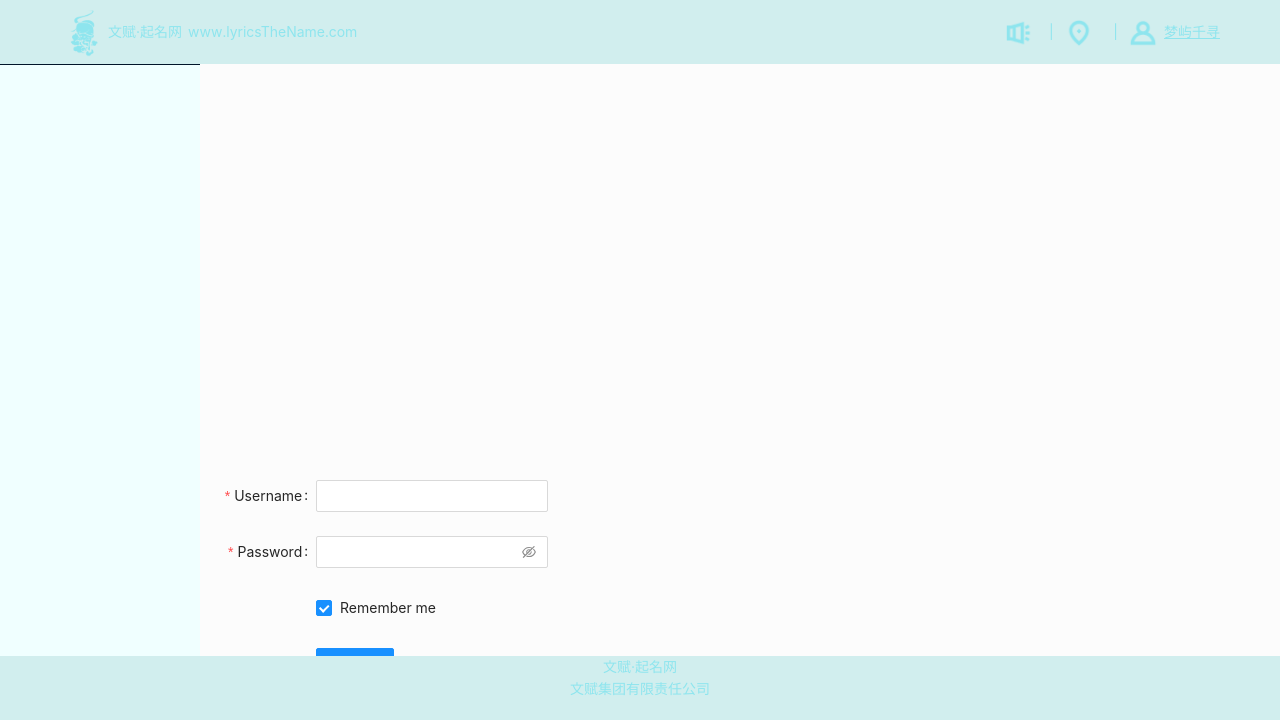
Repository: fangxueliang/react-redux-
Page: /profile
These files come from the project's save history. The page is drawn as it stood at one moment and after a run of saves; the edit follows.
The browser window is 1280 px wide. The pictures show the whole page.
The project was rebuilt for these pictures with package versions that can differ from the ones it lists, and the page was loaded fresh each time. Also part of the build but not shown: src/Component/HomeComponent/homeComponent.js.

Above is the page before, as saved 2020-12-31 16:55:08.

### public/index.html
<!DOCTYPE html>
<html lang="en">
  <head>
    <meta charset="utf-8" />
    <meta name="theme-color" content="#000000" />
    <meta name="description" content="Web site created using create-react-app" />
    <title>React App</title>
  </head>
  <body>
    <div id="root"></div>
  </body>
</html>

### src/index.js

//主入口
import React from 'react';//引入react
import ReactDOM from 'react-dom';
import Main from './Pages';//引入Main文件
import { Provider } from "react-redux";
import { store } from './Store'

import 'antd/dist/antd.css'//antd样式
import './Common/CSS/layout.css'//布局样式
import './Common/CSS/common.css'//引入公共样式

ReactDOM.render(
  <Provider className="main" store={store}>
    <Main />
  </Provider>,
  document.getElementById('root')
);

### src/Pages/index.js
import react from 'react';
import { Layout } from 'antd'
import MenuSider from "./Menu/menu";
import { HeaderCommon } from "./Header/header";
import { FooterCommon } from "./Footer/footer";
import { componentRouter } from "../Router/common/router";
import {
    BrowserRouter as Router,
} from 'react-router-dom'

const { Sider } = Layout
class Main extends react.Component {
    constructor(props) {
        super(props);
        this.state = {}
        console.log(this.props, '66666')
    }
    render() {
        return (
            <div className="Home_layout">
                {/* 头部header */}
                <div className="Home_header">
                    <HeaderCommon />
                </div>
                <div className="Home_main">
                    {/* 左侧导航Sider */}
                    <div className="Home_sider">
                        <Sider>
                            {/* 因为菜单标签使用了Link标签，所以得用Router包裹 */}
                            <Router>
                                {/* 菜单标签 */}
                                <MenuSider />
                            </Router>
                        </Sider>
                    </div>
                    {/* 主要内容Content */}
                    <div className="Home_content">
                        {componentRouter}
                    </div>
                </div>

                {/* 底部footer */}
                <div className="Home_footer">
                    <FooterCommon />
                </div>
            </div>);
    }
}

export default Main;
// export const Main = () => {
//     return (
//         <div className="Home_layout">
//             {/* 头部header */}
//             <div className="Home_header">
//                 <HeaderCommon />
//             </div>
//             <div className="Home_main">
//                 {/* 左侧导航Sider */}
//                 <div className="Home_sider">
//                     <Sider>
//                         {/* 因为菜单标签使用了Link标签，所以得用Router包裹 */}
//                         <Router>
//                             {/* 菜单标签 */}
//                             <MenuSider />
//                         </Router>
//                     </Sider>
//                 </div>
//                 {/* 主要内容Content */}
//                 <div className="Home_content">
//                     {componentRouter}
//                 </div>
//             </div>
//             {/* 底部footer */}
//             <div className="Home_footer">
//                 <FooterCommon />
//             </div>
//         </div>
//     );
// }

### src/Store/index.js
import { createStore } from "redux";//引入redux
import reducer from "./reducer/index"

export const store = createStore(reducer, window.__REDUX_DEVTOOLS_EXTENSION__ && window.__REDUX_DEVTOOLS_EXTENSION__())//创建一个store
//  window.__REDUX_DEVTOOLS_EXTENSION__ && window.__REDUX_DEVTOOLS_EXTENSION__() 配置调试

### src/Common/CSS/layout.css
/* 布局样式  */
.Home_layout {
    min-height: 100%;
}

.Home_layout .Home_header {
    height: 64px;
    line-height: 64px;
    padding: 0 60px;
    background: #D1EEEE;
}

.Home_layout .Home_footer {
    position: fixed;
    bottom: 0;
    height: 64px;
    width: 100%;
    padding: 0 60px;
    background: #D1EEEE;
}

.Home_layout .Home_sider {
    display: inline-block;
    height: 84vh;
    background: #F0FFFF;
}

.Home_layout .ant-layout-sider .ant-menu {
    background: #F0FFFF;
}

.Home_layout .Home_main {
    height: 84vh;
}

.Home_layout .Home_content {
    display: inline-block;
}

### src/Common/CSS/common.css
/* 公共样式 */
body {
    width: 100%;
    height: 100%;
    background: #FCFCFC;
    margin: 0;
}

.main {
    font-size: 16px;
}

### src/Pages/Menu/menu.js
// 左侧菜单
import React from 'react';
import MenuComponent from "../../Component/MenuComponent/menuComponent";


function MenuSider() {
    return (<MenuComponent />);
}

export default MenuSider;

### src/Pages/Header/header.js
// 头部
import React from 'react';
import logo from "../../Asset/img/logo.png";
import myImg from "../../Asset/img/我的.png";
import remindImg from "../../Asset/img/提醒.png";
import positioningImg from "../../Asset/img/定位.png";
import './header.css'

export const HeaderCommon = () => {
    return (
        <div className="header">
            <div className="header_item">
                <img src={logo} className="logo" alt="蓝龙" />
                <span className="logo_title">文赋·起名网</span>
                <a className="logo_URL" href="/">www.lyricsTheName.com</a>
            </div>
            <div className="header_item"></div>
            <div className="header_item header_item_right">
                <span>
                    <img src={remindImg} alt="我的" />
                </span>
                <span className="header_separated">|</span>
                <span>
                    <img src={positioningImg} alt="我的" />
                </span>
                <span className="header_separated"> |</span>
                <span>
                    <img src={myImg} alt="我的" />
                    <span className="header_myName">梦屿千寻</span>
                </span>
            </div>
        </div>
    )
}

### src/Pages/Footer/footer.js
// 头部
import React from 'react';
import './footer.css'

export const FooterCommon = () => {
    return (
        <div className="footerCommon">
            <p>文赋·起名网</p>
            <p>文赋集团有限责任公司</p>
        </div>
    )
}

### src/Router/common/router.js
import React from "react";
import {
    BrowserRouter as Router,
    Route,
    Redirect,
    Switch,
} from 'react-router-dom'
import HomeComponent from "../../Component/HomeComponent/homeComponent";
import ProfileComponent from "../../Component/ProfileComponent/profileComponent";


const Auth = () => {
    return <Redirect exact from="/" to="/home" />
}
export const componentRouter = (
    <Router>
        {/* Switch 严格匹配路由 */}
        <Switch>
            {/* home页面 */}
            <Route path="/home" component={HomeComponent} />
            {/* 个人简介 */}
            <Route path="/profile" component={ProfileComponent} />
            <Auth />
        </Switch>
    </Router>
)

### src/Store/reducer/index.js
import { combineReducers } from "redux"
import menu from './menu'

export default combineReducers({
    menu
})

### src/Component/MenuComponent/menuComponent.js
//menu
import { Component } from "react";
import { Menu } from 'antd';
import { Link } from 'react-router-dom'
import React, { useState } from 'react';
import Storeaction from "../../Store/storeaction";

class MenuComponent extends Component {
    constructor(props) {
        super(props);
        this.state = {
            selectKey: [],
            dataList: this.props.menu.data.list
        }
    }
    handleMenuClick = (e) => {
        this.setState({
            selectKey: e.keyPath
        })
        let action = {
            type: 'MENUKEY',
            data: e.keyPath
        }
        this.props.setMenuKey(action)
        console.log(this.props);
    }
    componentDidMount() {
        console.log(this.props);
    }
    render() {
        return (
            <Menu
                mode="inline"
                style={{ height: '100%', borderRight: 0 }}
                onClick={this.handleMenuClick}
                selectedKeys={this.state.selectKey}
            >
                {/* {
                    dataList.map(item => (
                        <Menu.Item key={item.key}>
                            <Link to={item.to}>{item.value}</Link>
                        </Menu.Item>))
                } */}
            </Menu>);
    }
}

export default Storeaction(MenuComponent);

### src/Pages/Header/header.css
.header {
    display: flex;
    width: 100%;
    height: 100%;
    justify-content: space-between;
}

.header .header_item {
    display: inline-block;
}

.header .header_item .logo {
    width: 48px;
    height: 48px;
}

.header .header_item_right {
    color: #8ee5ee
}

.header .header_item_right img {
    width: 30px;
    height: 30px;
    margin-right: 6px;
}

.header .header_item_right .header_separated {
    margin: 0 10px
}

.header .logo_title {
    color: #8ee5ee
}

.header .logo_URL {
    margin-left: 6px;
    color: #8ee5ee;
    font-size: 14px;
}

.header .header_myName {
    font-size: 14px;
    text-decoration: underline;
}

### src/Pages/Footer/footer.css
.footerCommon {
    text-align: center;
}

.footerCommon p {
    color: #8ee5ee;
    margin: 0;
}

### src/Component/ProfileComponent/profileComponent.js
//Profile 个人简介
import { Component } from "react";
import { Form, Input, Button, Checkbox } from 'antd';

class ProfileComponent extends Component {
    constructor(props) {
        super(props);
        this.state = {}
    }
    onFinish = values => {
        console.log('Success:', values);
    };

    onFinishFailed = errorInfo => {
        console.log('Failed:', errorInfo);
    };
    render() {
        const layout = {
            labelCol: { span: 8 },
            wrapperCol: { span: 16 },
        };
        const tailLayout = {
            wrapperCol: { offset: 8, span: 16 },
        };

        return (
            <Form
                {...layout}
                name="basic"
                initialValues={{ remember: true }}
                onFinish={this.onFinish}
                onFinishFailed={this.onFinishFailed}
            >
                <Form.Item
                    label="Username"
                    name="username"
                    rules={[{ required: true, message: 'Please input your username!' }]}
                >
                    <Input />
                </Form.Item>

                <Form.Item
                    label="Password"
                    name="password"
                    rules={[{ required: true, message: 'Please input your password!' }]}
                >
                    <Input.Password />
                </Form.Item>

                <Form.Item {...tailLayout} name="remember" valuePropName="checked">
                    <Checkbox>Remember me</Checkbox>
                </Form.Item>

                <Form.Item {...tailLayout}>
                    <Button type="primary" htmlType="submit">
                        Submit
                    </Button>
                </Form.Item>
            </Form>
        );
    }
}

export default ProfileComponent;

### src/Store/reducer/menu.js
import { MENU, MENUKEY } from '../action_type'

const menuDataList = {
    type: 'MENU',
    data: {
        description: '菜单栏',
        list: [{ value: '首页', key: '1', to: '/home' },
        { value: '个人简介', key: '2', to: '/profile' },
        { value: '个人搜索', key: '3', to: '/search' },
        { value: '起名大全', key: '4', to: '/all' },
        { value: '数据统计', key: '5', to: '/statistical' }]
    }
}
export default (state = menuDataList, action) => {
    switch (action.type) {
        case MENU:
            return state
        case MENUKEY:
            let newState
            newState = JSON.parse(JSON.stringify(action))
            return newState
        default:
            return state
    }

}

### src/Store/storeaction.js
import { connect } from "react-redux";

const mapStateToProps = (state, ownProps) => { return { ...state } }
const mapDispatchToProps = (dispatch) => {
    return {
        setMenuDataList: data => {
            dispatch(data)
        },
        setMenuKey: data => {
            dispatch(data)
        }
    }
}
const Storeaction = connect(mapStateToProps, mapDispatchToProps)
export default Storeaction

### src/Store/action_type.js
export const MENU = 'MENU'//左侧菜单
export const MENUKEY = 'MENUKEY'//左侧菜单

After the next 2 saves:
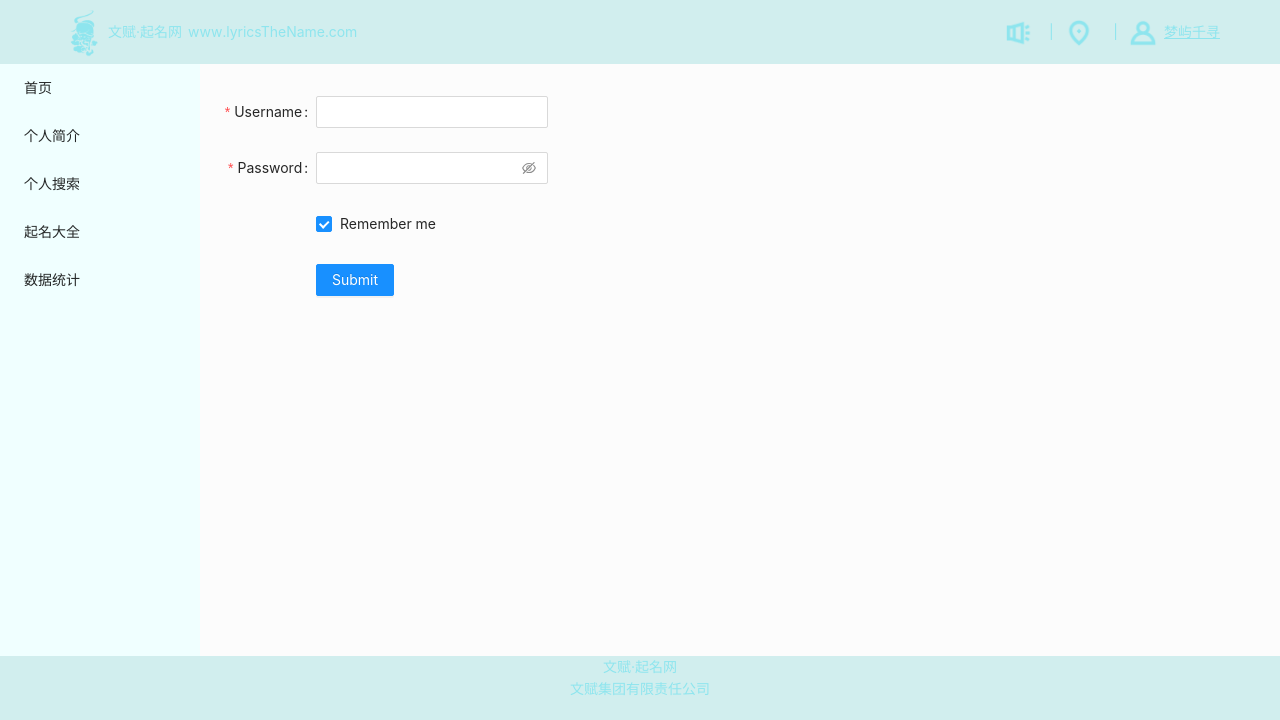
The 2 saves are shown as one change because 1 did not build or start.
The last was saved 35 s later.
--- a/src/Component/MenuComponent/menuComponent.js
+++ b/src/Component/MenuComponent/menuComponent.js
@@ -28,19 +28,20 @@ class MenuComponent extends Component {
         console.log(this.props);
     }
     render() {
+        let { selectKey, dataList } = this.state
         return (
             <Menu
                 mode="inline"
                 style={{ height: '100%', borderRight: 0 }}
                 onClick={this.handleMenuClick}
-                selectedKeys={this.state.selectKey}
+                selectedKeys={selectKey}
             >
-                {/* {
+                {
                     dataList.map(item => (
                         <Menu.Item key={item.key}>
                             <Link to={item.to}>{item.value}</Link>
                         </Menu.Item>))
-                } */}
+                }
             </Menu>);
     }
 }
